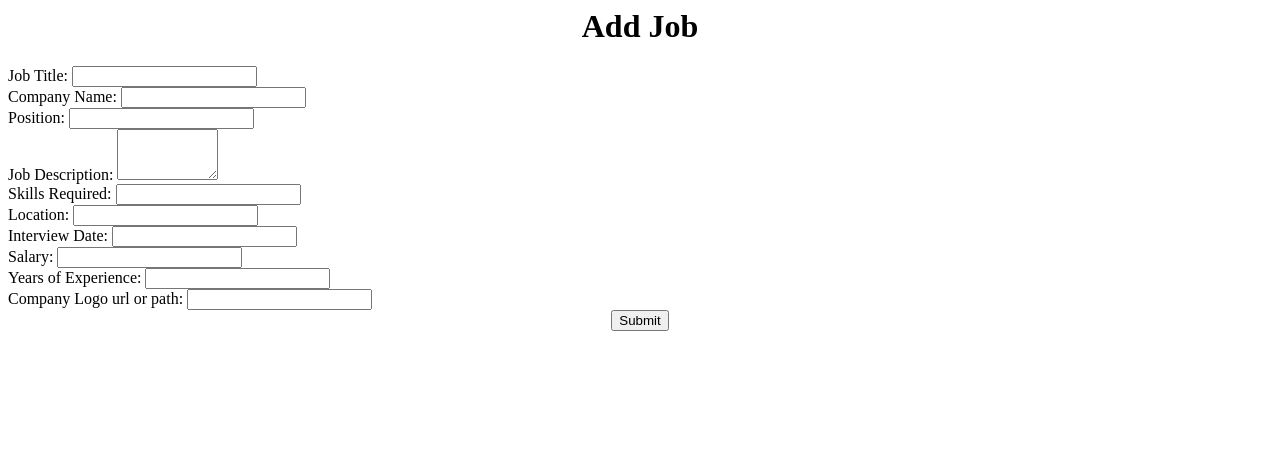
Repository: aneishkumar/AngularJS-Application
Page: Angularjs-Application-march30th/project2/WebContent/addjob.html
The author's editor kept a copy of each file at every save. The page is drawn from the files as they stood at one save, then again after the next save.
The browser window is 1280 px wide. The pictures show the whole page.

Above is the page before, as saved 2018-03-30 16:38:06.

### Angularjs-Application-march30th/project2/WebContent/addjob.html
<h1><center>Add Job</center></h1>
<div class="containter">
<form>
<div class="form-group">
<label>Job Title:</label>
<input type="text" ng-model="job.jobtitle">
</div>
<div class="form-group">
<label>Company Name:</label>
<input type="text" ng-model="job.companyname">
</div>

<div class="form-group">
<label>Position:</label>
<input type="text" ng-model="job.position">
</div>
<div class="form-group">
<label>Job Description: </label>
<textarea  ng-model="job.jobdescription" rows="3" cols="10"  class="form-control"></textarea>
</div>
<div class="form-group">
<label>Skills Required:</label>
<input type="text" ng-model="job.skillsRequired">
</div>
<div class="form-group">
<label>Location:</label>
<input type="text" ng-model="job.location">
</div>
<div class="form-group">
<label>Interview Date:</label>
<input type="text" ng-model="job.interviewdate">
</div>
<div class="form-group">
<label>Salary:</label>
<input type="text" ng-model="job.salary">
</div>
<div class="form-group">
<label>Years of Experience:</label>
<input type="text" ng-model="job.exp">
</div>
<div class="form-group">
<label>Company Logo url or path:</label>
<input type="text" ng-model="job.imagename">
</div>


<center><input type="submit" ng-click="addjob(job)"></center>

</form>


</div>

After the next save:
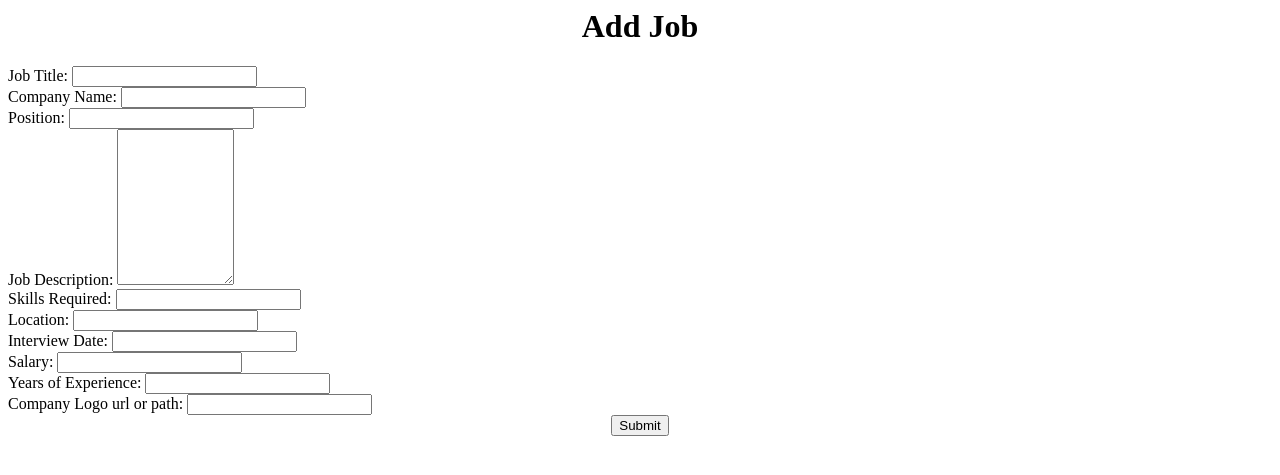
Saved 102 s later.
--- a/Angularjs-Application-march30th/project2/WebContent/addjob.html
+++ b/Angularjs-Application-march30th/project2/WebContent/addjob.html
@@ -16,7 +16,7 @@
 </div>
 <div class="form-group">
 <label>Job Description: </label>
-<textarea  ng-model="job.jobdescription" rows="3" cols="10"  class="form-control"></textarea>
+<textarea  ng-model="job.jobdescription" rows="10" cols="12"  class="form-control"></textarea>
 </div>
 <div class="form-group">
 <label>Skills Required:</label>
